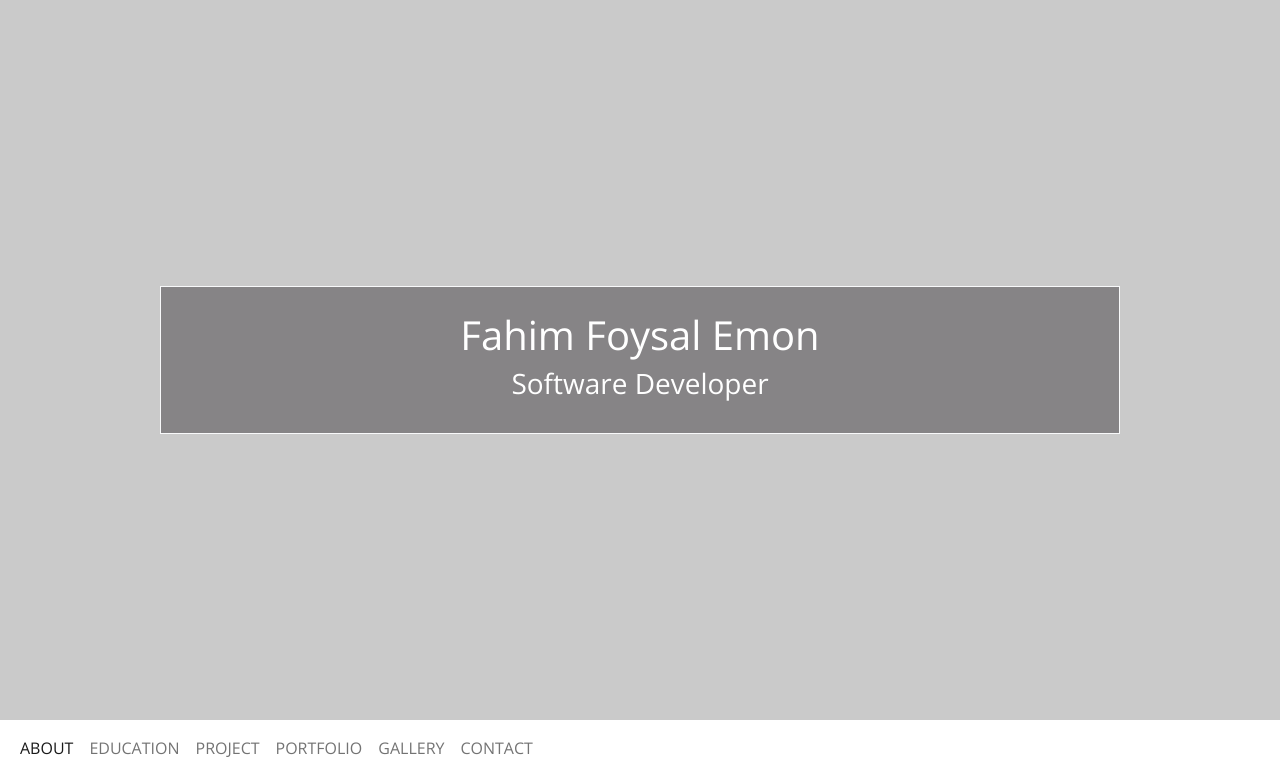
Repository: emowzz/emowzz.github.io
Page: index.html
An editor plug-in stored every save of this project. The page is shown before and after the next save, followed by the edit.
The browser window is 1280 px wide. The pictures show the whole page.
Some web libraries are served in a nearby version.

Above is the page before, as saved 2021-03-17 17:53:36.

### index.html
<!doctype html>
<html lang="en">
  <head>
    <!-- Required meta tags -->
    <meta charset="utf-8">
    <meta name="viewport" content="width=device-width, initial-scale=1">
    <link rel="shortcut icon" type="image/png" href="./Image/myImgZoom.jpg">
    <!-- Bootstrap CSS -->
    <link href="https://cdn.jsdelivr.net/npm/bootstrap@5.0.0-beta2/dist/css/bootstrap.min.css" rel="stylesheet" integrity="sha384-BmbxuPwQa2lc/FVzBcNJ7UAyJxM6wuqIj61tLrc4wSX0szH/Ev+nYRRuWlolflfl" crossorigin="anonymous">
    <link rel="preconnect" href="https://fonts.gstatic.com">
    <link href="https://fonts.googleapis.com/css2?family=Open+Sans:wght@300&display=swap" rel="stylesheet">
    <link rel="stylesheet" href="./CSS/style.css">


    <title>Hi There, I'm Fahim Foysal Emon!</title>

    <script src="https://kit.fontawesome.com/a076d05399.js" crossorigin="anonymous"></script>
  </head>
  <body>

    <!-- this is banner section -->
    <section class="banner-container container-fluid">
      <div class="row vh-100">
        <div class="col-md-9 banner-column m-auto text-center text-white p-4 border border-light">
            <h1 class="display:4 font-weight:bolder">Fahim Foysal Emon</h1>
            <h3>Software Developer</h3>
        </div>
      </div>
    </section>

    <!-- this is nav-bar section -->
    <nav class="navbar navbar-expand-lg navbar-light">
      <div class="container-fluid">
        <button class="navbar-toggler" type="button" data-bs-toggle="collapse" data-bs-target="#navbarSupportedContent" aria-controls="navbarSupportedContent" aria-expanded="false" aria-label="Toggle navigation">
          <span class="navbar-toggler-icon"></span>
        </button>
        <div class="collapse navbar-collapse" id="navbarSupportedContent">
          <ul class="navbar-nav me-auto mb-2 mb-lg-0">
            <li class="nav-item">
              <a class="nav-link active" aria-current="page" href="#About">ABOUT</a>
            </li>
            <li class="nav-item">
              <a class="nav-link" href="#Education">EDUCATION</a>
            </li>
            <li class="nav-item">
              <a class="nav-link" href="#Project">PROJECT</a>
            </li>
            <li class="nav-item">
              <a class="nav-link" href="#Portfolio">PORTFOLIO</a>
            </li>
            <li class="nav-item">
              <a class="nav-link" href="#Gallery">GALLERY</a>
            </li>
            <li class="nav-item">
              <a class="nav-link" href="#Contact">CONTACT</a>
            </li>
          </ul>
        </div>
      </div>
    </nav>

    <!-- Optional JavaScript; choose one of the two! -->

    <!-- Option 1: Bootstrap Bundle with Popper -->
    <script src="https://cdn.jsdelivr.net/npm/bootstrap@5.0.0-beta2/dist/js/bootstrap.bundle.min.js" integrity="sha384-b5kHyXgcpbZJO/tY9Ul7kGkf1S0CWuKcCD38l8YkeH8z8QjE0GmW1gYU5S9FOnJ0" crossorigin="anonymous"></script>

    <!-- Option 2: Separate Popper and Bootstrap JS -->
    <!--
    <script src="https://cdn.jsdelivr.net/npm/@popperjs/core@2.6.0/dist/umd/popper.min.js" integrity="sha384-KsvD1yqQ1/1+IA7gi3P0tyJcT3vR+NdBTt13hSJ2lnve8agRGXTTyNaBYmCR/Nwi" crossorigin="anonymous"></script>
    <script src="https://cdn.jsdelivr.net/npm/bootstrap@5.0.0-beta2/dist/js/bootstrap.min.js" integrity="sha384-nsg8ua9HAw1y0W1btsyWgBklPnCUAFLuTMS2G72MMONqmOymq585AcH49TLBQObG" crossorigin="anonymous"></script>
    -->
  </body>
</html>

### CSS/style.css
body {
    font-family: 'Open Sans', sans-serif;
}


.banner-container {
    background-color: #CACACA;
}

.banner-column {
    background-color: #868486;
}

.navbar-container {
    background-color: #00383F;
}

After the next save:
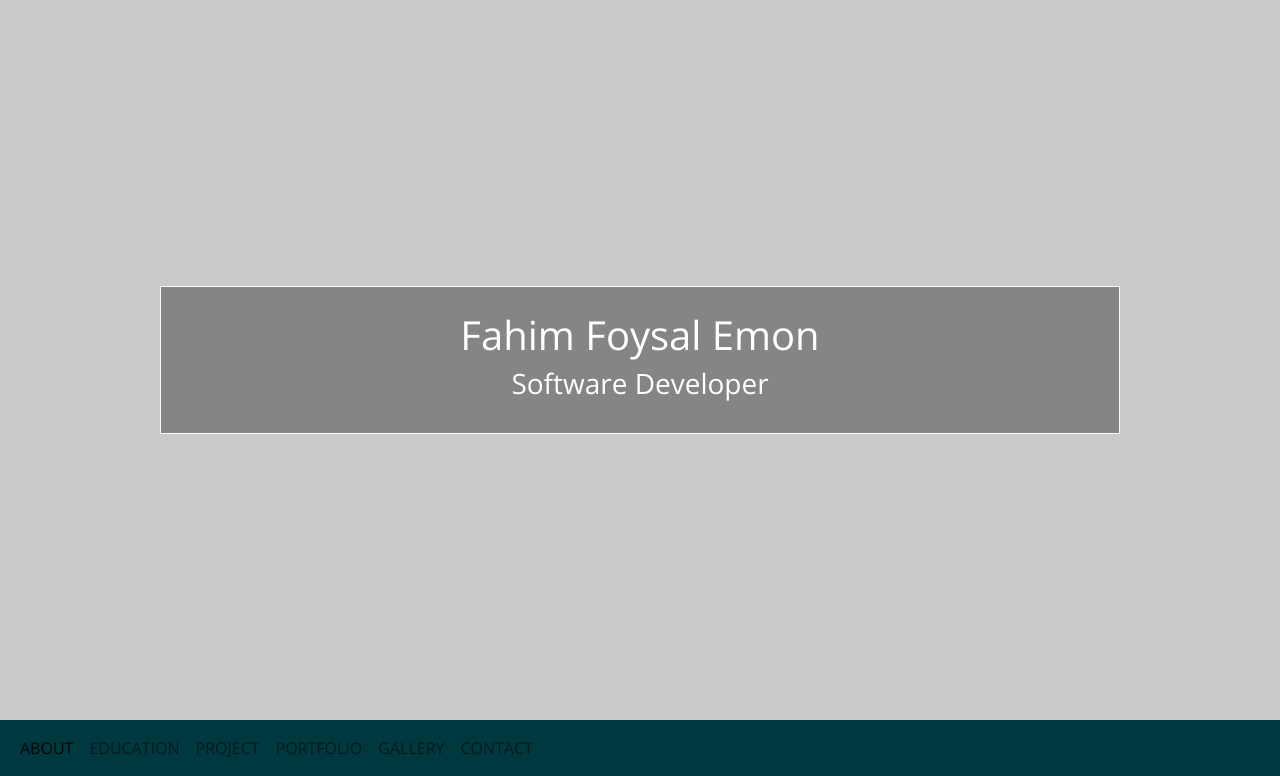
Saved 8 s later.
--- a/index.html
+++ b/index.html
@@ -29,7 +29,7 @@
     </section>
 
     <!-- this is nav-bar section -->
-    <nav class="navbar navbar-expand-lg navbar-light">
+    <nav class="navbar navbar-expand-lg navbar-light navbar-container">
       <div class="container-fluid">
         <button class="navbar-toggler" type="button" data-bs-toggle="collapse" data-bs-target="#navbarSupportedContent" aria-controls="navbarSupportedContent" aria-expanded="false" aria-label="Toggle navigation">
           <span class="navbar-toggler-icon"></span>
